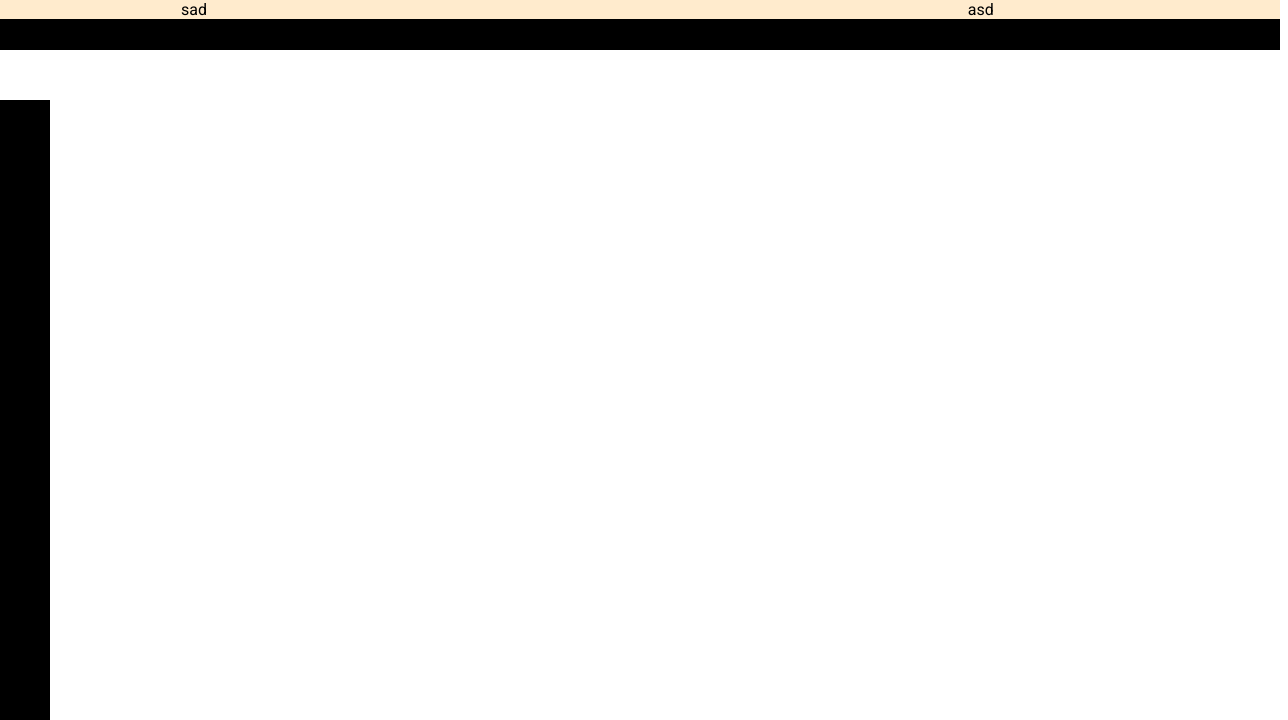
Repository: JulyK9/Movie-Website
Page: index.html
An editor plug-in stored every save of this project. The page is shown before and after the next save, followed by the edit.
The browser window is 1280 px wide. The page is 1280 px wide, then 1288 px, then 1280 px, so the pictures cover 1288 px, including what lies to the right of the window. The pictures show the whole page.

Above is the page before, as saved 2022-07-03 00:25:55.

### index.html
<!DOCTYPE html>
<html lang="en">
<head>
    <meta charset="UTF-8">
    <meta http-equiv="X-UA-Compatible" content="IE=edge">
    <meta name="viewport" content="width=device-width, initial-scale=1.0">
    <title>Movie design</title>
    <link rel="stylesheet" href="style.css">

    <link rel="preconnect" href="https://fonts.googleapis.com">
    <link rel="preconnect" href="https://fonts.gstatic.com" crossorigin>
    <link href="https://fonts.googleapis.com/css2?family=Roboto:wght@100;300;400;500;700;900&family=Sen:wght@400;700;800&display=swap" rel="stylesheet">
</head>

<body>
    <nav class="navbar">
        <div class="navbar-container">
            <div class="logo-container"><h1 class="logo"></h1></div>
            <div class="menu-container">sad</div>
            <div class="profile-container">asd</div>
        </div>
    </nav>
    <div class="sidebar"></div>

</body>

</html>

### style.css
* {
    box-sizing: border-box;
    margin: 0;
}

body {
    font-family: 'Roboto', sans-serif;
/* font-family: 'Sen', sans-serif; */
    /* overflow: hidden; */
}

.navbar {
    width: 100vw;
    height: 50px;
    background-color: black;
}

.navbar-container {
    display: flex;
    align-items: center;
    background-color: blanchedalmond;
    padding: 0 50px;
}

.logo-container {
    flex: 1;
}

.menu-container {
    flex: 6;
}

.profile-container {
    flex: 2;
}

.sidebar {
    width: 50px;
    height: 100vh;
    background-color: black;
    position: fixed;   /* 스크롤바 생기는 부분 제거 및 사이드바 고정 */
    top: 100px;     /* 사이드바 상단 고정 */
}

After the next save:
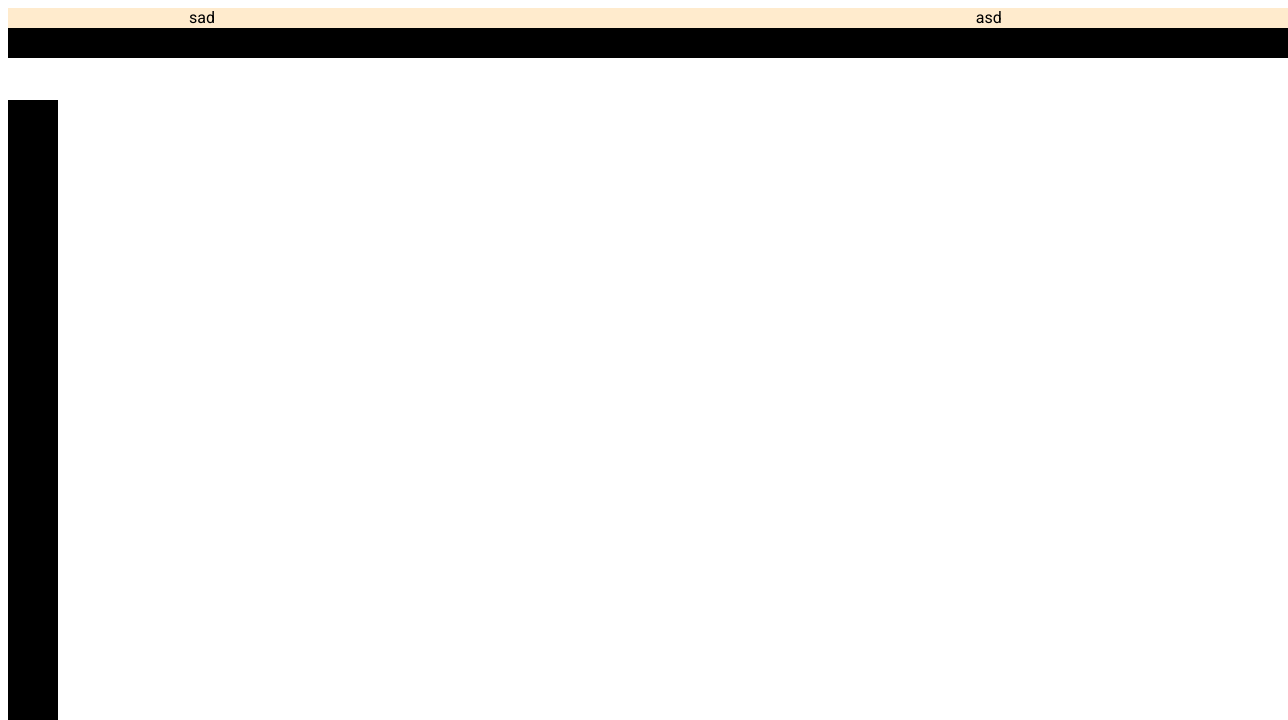
Saved 11 s later.
--- a/style.css
+++ b/style.css
@@ -1,6 +1,6 @@
 * {
     box-sizing: border-box;
-    margin: 0;
+    /* margin: 0; */
 }
 
 body {

After the save that followed:
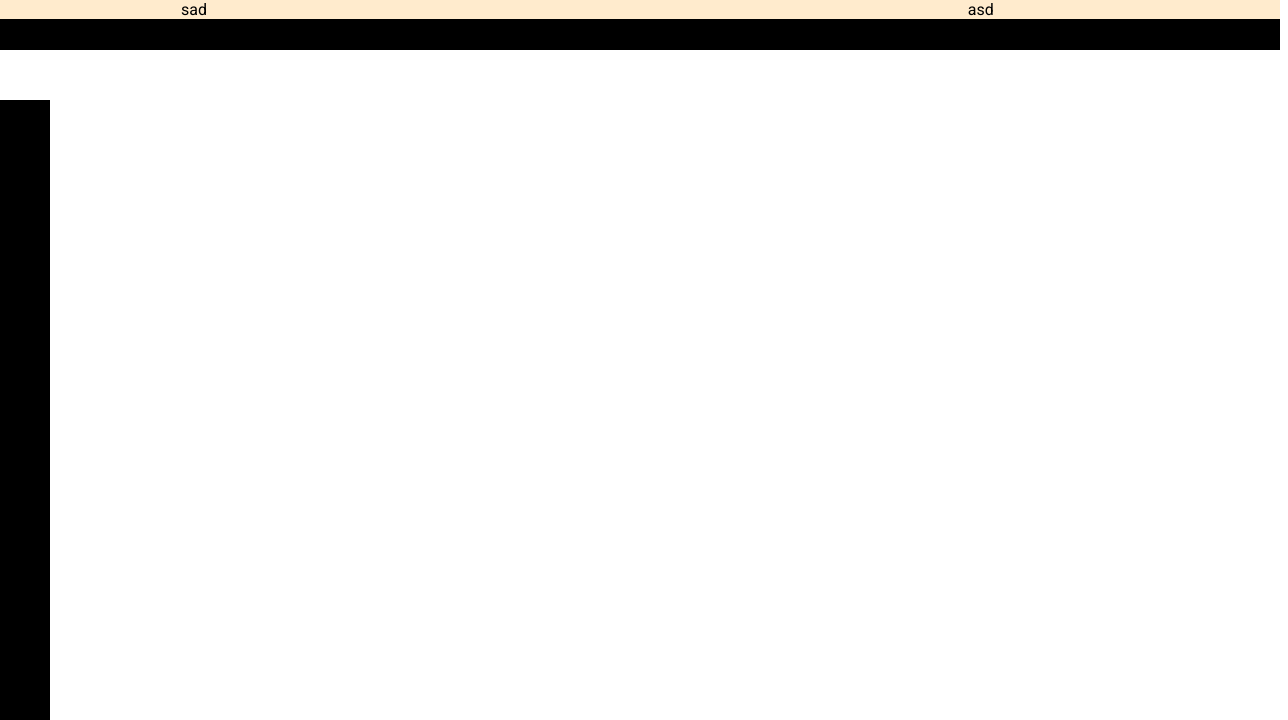
Saved 8 s later.
--- a/style.css
+++ b/style.css
@@ -1,6 +1,6 @@
 * {
     box-sizing: border-box;
-    /* margin: 0; */
+    margin: 0;
 }
 
 body {
